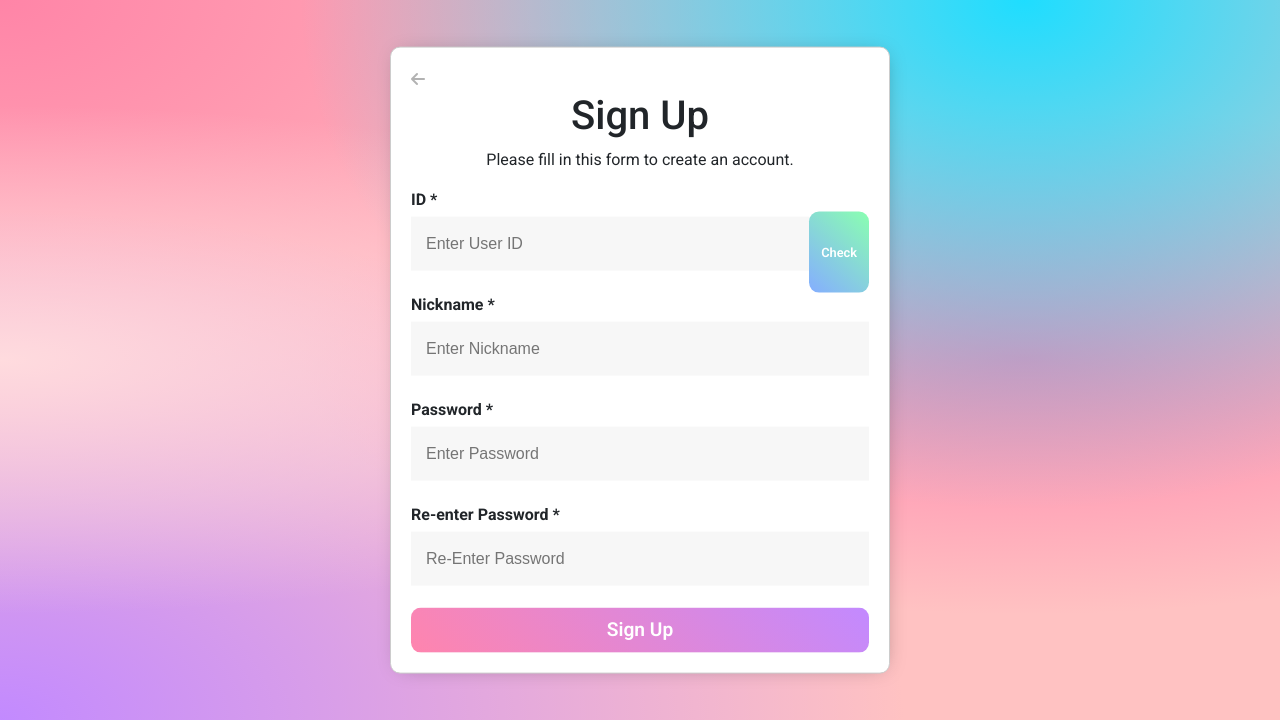
Repository: Jae-yi/JSPMybatis
Page: http://localhost/JspMybatisSub/WEB-INF/views/page/register.jsp
The author's editor kept a copy of each file at every save. The page is drawn from the files as they stood at one save, then again after the next save.
The browser window is 1280 px wide. The pictures show the whole page.
Some web fonts or font styles are not loaded; a fallback is used. Some web libraries are served in a nearby version. The page is served by Tomcat 9. Nobody is signed in. The template is opened directly, without the code that normally fills it, so the values that code supplies are empty.

Above is the page before, as saved 2023-02-01 11:22:58.

After the next save:
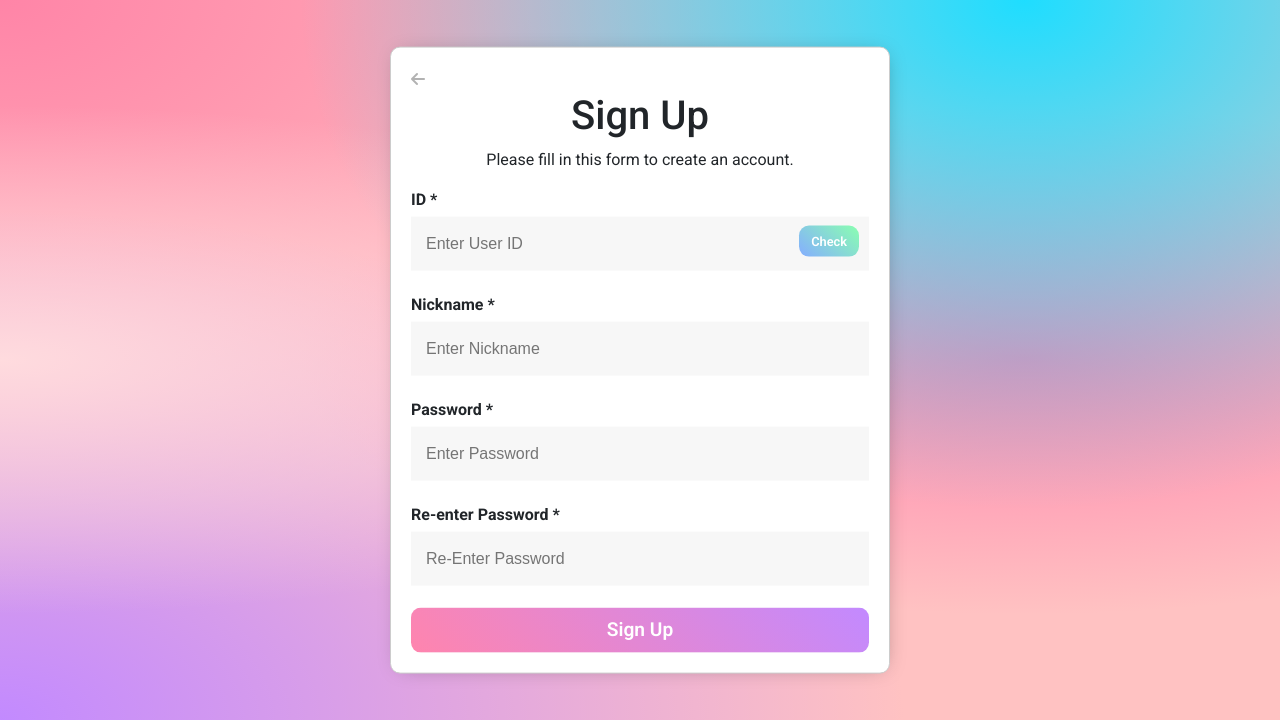
Saved 4 min 23 s later.
--- a/JspMybatisSub/src/main/webapp/resources/css/register.css
+++ b/JspMybatisSub/src/main/webapp/resources/css/register.css
@@ -84,6 +84,9 @@ input[type=text]:focus, input[type=password]:focus, input[type=phone]:focus, sel
   background-image: linear-gradient(43deg, hsla(220,100%,76%,1) 0%, hsla(500,100%,77%,1) 100%);
   color: white;
   font-weight: 600;
+  position:absolute;
+  right:30px;
+  top:178px;
 }
 
 .submitBtn {
